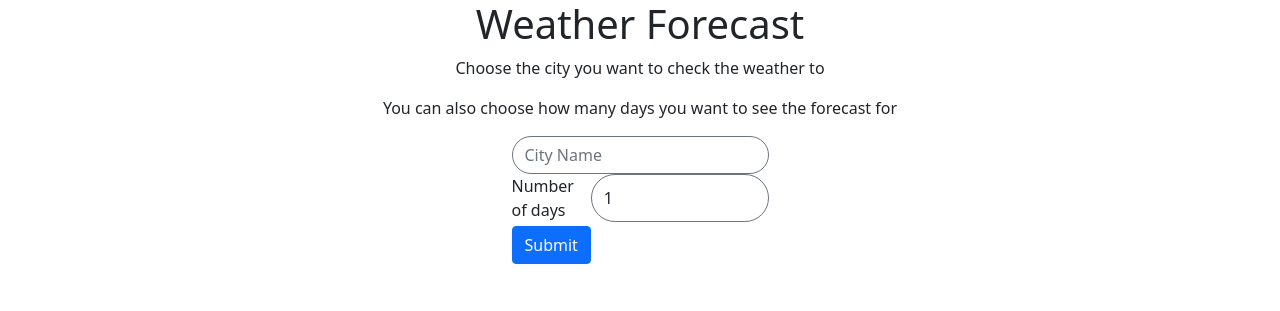
Repository: DimitrisDoxopoulos/my-own-weather-app
Page: /
The author's editor kept a copy of each file at every save. The page is drawn from the files as they stood at one save, then again after the next save.
The browser window is 1280 px wide. The pictures show the whole page.
The project was rebuilt for these pictures with package versions that can differ from the ones it lists, and the page was loaded fresh each time.

Above is the page before, as saved 2021-06-03 18:36:28.

### src/App.js
import './App.css';

/*--------------- Importing Components ------------------- */
import Wrapper from './components/Wrapper'
import Header from './components/Header'
import Tagline from './components/Tagline'
import Form from './components/Form'
/*--------------- Importing Components ------------------- */

function App() {
  return (
    <div className="App">
      <Wrapper>
        <Header />
        <Tagline />
        <Form />
      </Wrapper>
    </div>
  );
}

export default App;

### src/App.css
.App {
  /* text-align: center; */
}

.App-logo {
  height: 40vmin;
  pointer-events: none;
}

.App-header {
  background-color: #282c34;
  min-height: 100vh;
  display: flex;
  flex-direction: column;
  align-items: center;
  justify-content: center;
  font-size: calc(10px + 2vmin);
  color: white;
}

.App-link {
  color: #61dafb;
}

### src/components/Wrapper.js
import React from 'react';

const Wrapper = (props) => {
    return(
    <div className='d-flex flex-column justify-content-center align-items-center'>
        { props.children }
    </div>
    )
}

export default Wrapper;

### src/components/Header.js
import React from 'react'

const Header = () => {
    return (
        <div className="">
            <h1 className="">Weather Forecast</h1>
        </div>
    )
}

export default Header

### src/components/Tagline.js
import React from 'react'

const Tagline = () => {
    return (
        <div className="text-center">
            <p>Choose the city you want to check the weather to</p>
            <p>You can also choose how many days you want to see the forecast for</p>
        </div>
    )
}

export default Tagline

### src/components/Form.js
import React from 'react'

const Form = () => {
    return (
        <div>
            <form>
                <div className="form-group">
                    <input type="text" className="form-control border-secondary rounded-pill" id="exampleFormControlInput1" placeholder="City Name" />
                </div>
                <div className="form-group d-flex">
                   <label for="exampleFormControlSelect1">Number of days</label>
                    <select className="form-control border-secondary rounded-pill" id="exampleFormControlSelect1">
                        <option>1</option>
                        <option>2</option>
                        <option>3</option>
                        <option>4</option>
                        <option>5</option>
                    </select>
                </div>
                <input className="btn btn-primary mt-1" type="submit" value="Submit" />
            </form>
        </div>
    )
}

export default Form

Loaded but not shown: public/index.html (common file); src/index.js (common file); src/index.css (common file); src/reportWebVitals.js (common file)

After the next save:
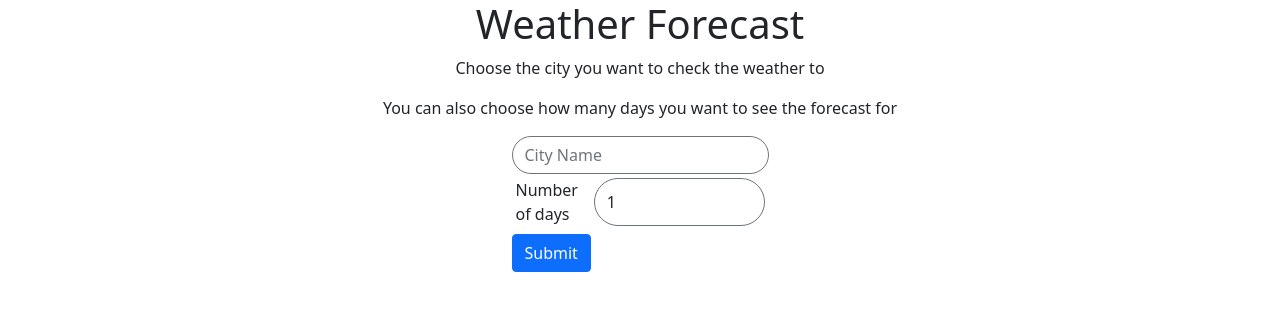
Saved 10 s later.
--- a/src/components/Form.js
+++ b/src/components/Form.js
@@ -7,7 +7,7 @@ const Form = () => {
                 <div className="form-group">
                     <input type="text" className="form-control border-secondary rounded-pill" id="exampleFormControlInput1" placeholder="City Name" />
                 </div>
-                <div className="form-group d-flex">
+                <div className="form-group d-flex p-1">
                    <label for="exampleFormControlSelect1">Number of days</label>
                     <select className="form-control border-secondary rounded-pill" id="exampleFormControlSelect1">
                         <option>1</option>
